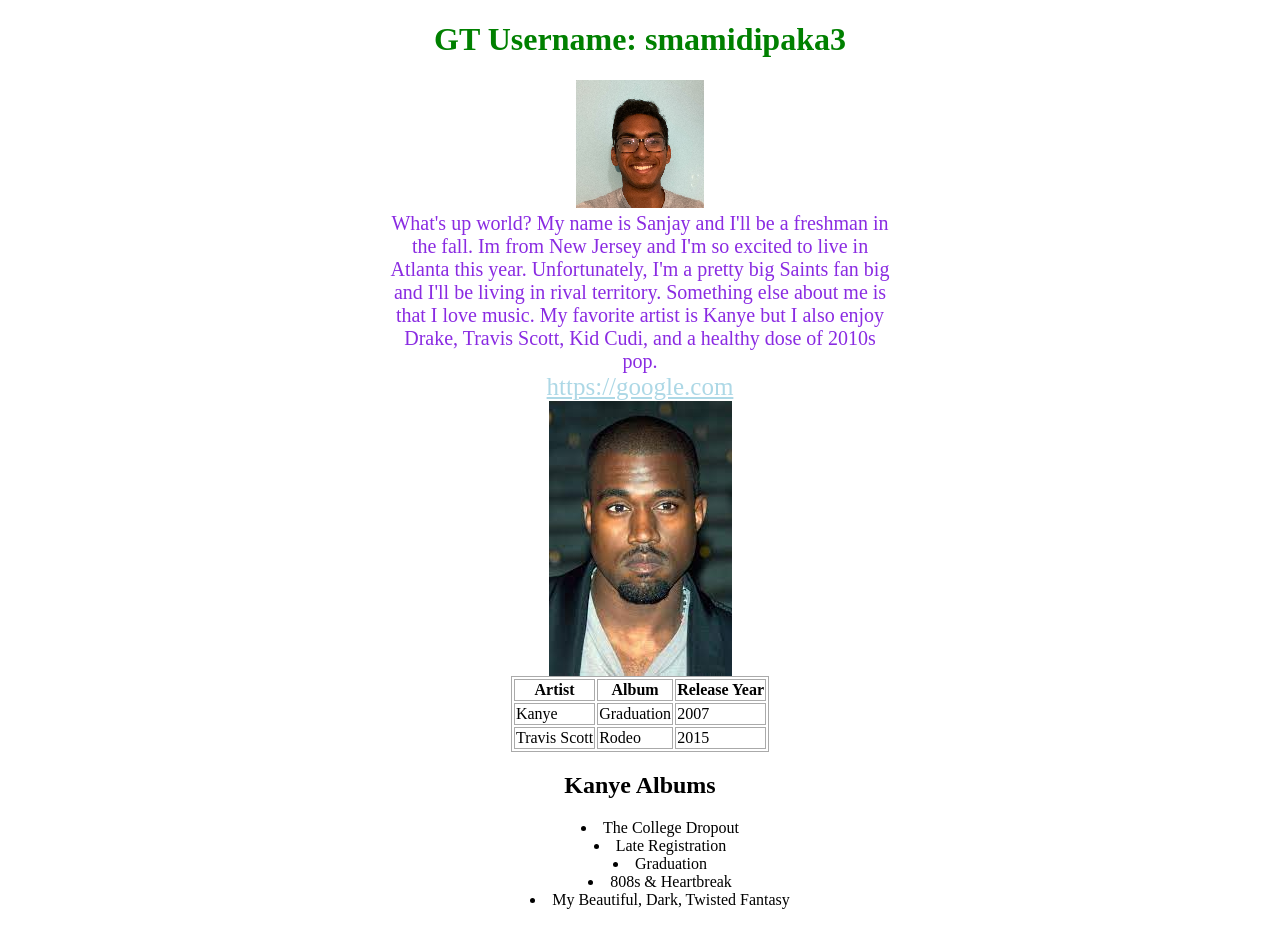
Repository: sanjayMamidipaka/cs1301
Page: lab01/index.html
These files come from the project's save history. The page is drawn as it stood at one moment and after the next save; the edit follows.
The browser window is 1280 px wide. The pictures show the whole page.

Above is the page before, as saved 2021-07-22 17:11:54.

After the next save:
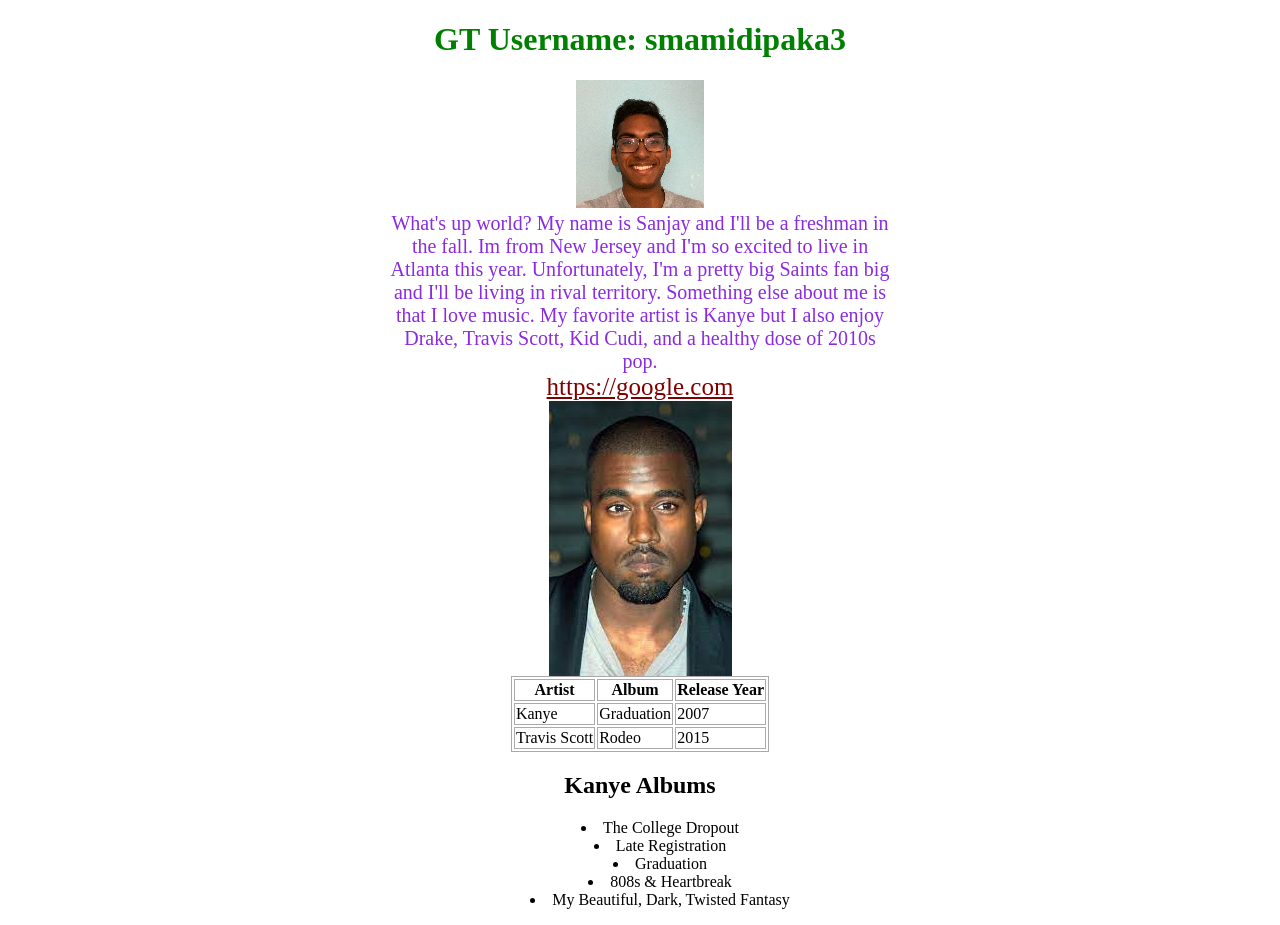
Saved 7 s later.
--- a/lab01/style.css
+++ b/lab01/style.css
@@ -13,7 +13,7 @@
 
 .link {
     font-size: 25px;
-    color: lightblue;
+    color: maroon;
 }
 
 .kanye {
